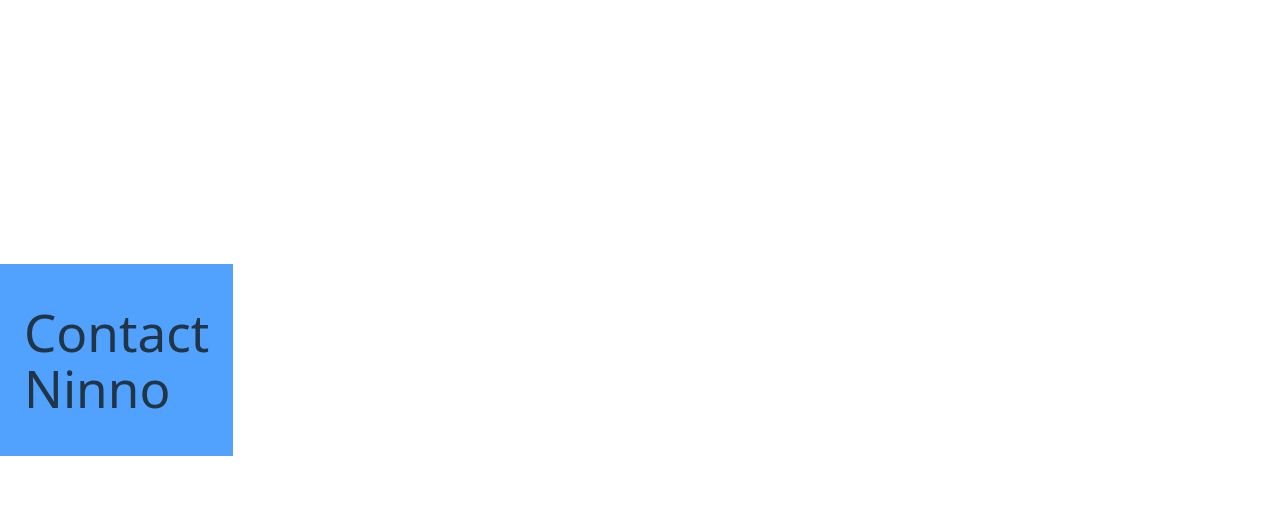
Repository: khulqu15/reactjs-learn
Page: / (app in day1/)
An editor plug-in stored every save of this project. The page is shown before and after the next save, followed by the edit.
The browser window is 1280 px wide. The pictures show the whole page.
The project was rebuilt for these pictures with package versions that can differ from the ones it lists, and the page was loaded fresh each time. Also part of the build but not shown: day1/vite.config.js.

Above is the page before, as saved 2025-09-22 10:45:53.

After the next save:
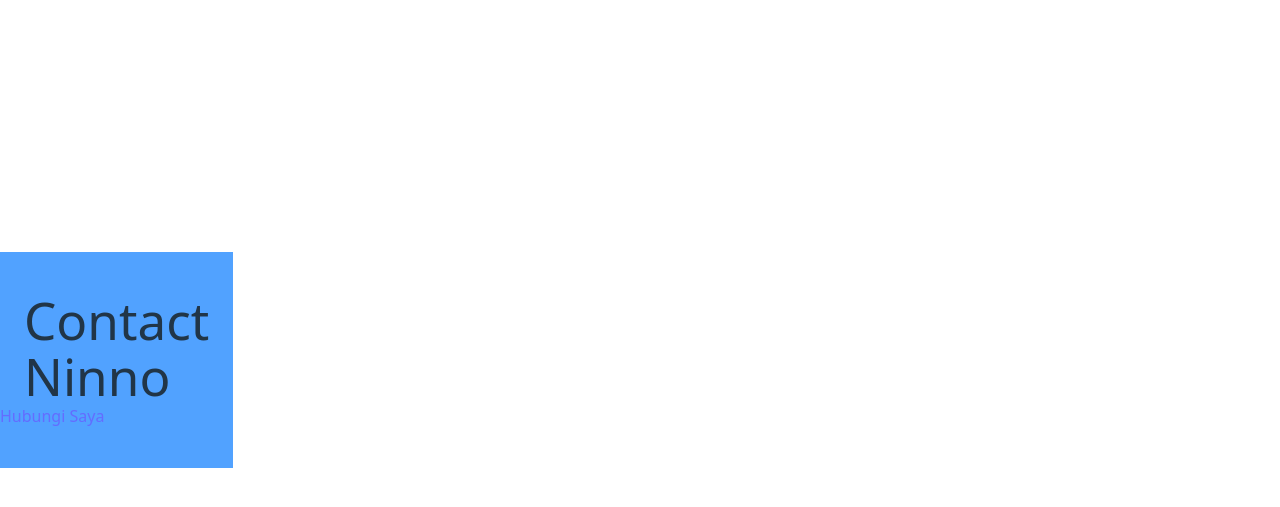
Saved 39 s later.
--- a/day1/src/App.jsx
+++ b/day1/src/App.jsx
@@ -1,10 +1,12 @@
 import Container from "./components/Container";
+import Tombol from "./components/Tombol";
 
 export default function App() {
   return (
     <main className="py-10 bg-blue-400">
       <Container><h1>Contact</h1></Container>
       <Container><h1>Ninno</h1></Container>
+      <Tombol link="wa.me/62895396004952"></Tombol>
     </main>
   )
 }
